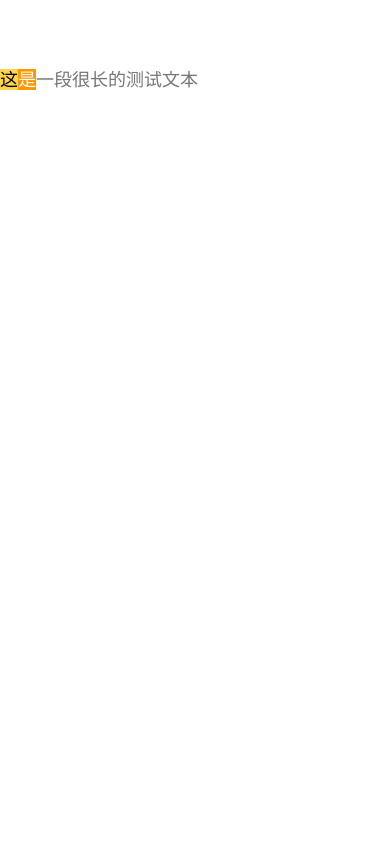
Repository: obstrux/test-vosk
Page: /
These files come from the project's save history. The page is drawn as it stood at one moment and after a run of saves; the edit follows.
The browser window is 390 px wide. The pictures show the whole page.
The app was drawn by React Native's web renderer in a window 390 px wide. The project was rebuilt for these pictures with package versions that can differ from the ones it lists, and the page was loaded fresh each time.

Above is the page before, as saved 2025-11-02 21:32:19.

### App.tsx
/**
 * Sample React Native App
 * https://github.com/facebook/react-native
 *
 * @format
 */

import { NewAppScreen } from '@react-native/new-app-screen';
import { StatusBar, StyleSheet, useColorScheme, View } from 'react-native';
import {
  SafeAreaProvider,
  useSafeAreaInsets,
} from 'react-native-safe-area-context';
import ReaderHighlighter from './ReaderHighlighter';
import { useEffect, useState } from 'react';

function App() {
  const isDarkMode = useColorScheme() === 'dark';

  return (
    <SafeAreaProvider>
      <StatusBar barStyle={isDarkMode ? 'light-content' : 'dark-content'} />
      <AppContent />
    </SafeAreaProvider>
  );
}

function AppContent() {
  const safeAreaInsets = useSafeAreaInsets();

  const [fullText, setFullText] = useState('这是一段很长的测试文本');
  const [recognizedText, setRecognizedText] = useState('');

  useEffect(() => {
    const arr = fullText.split('');
    setInterval(() => {
      setRecognizedText(arr.pop());
    }, 1000);
  }, []);

  return (
    <View style={styles.container}>
      <ReaderHighlighter fullText={fullText} recognizedText={recognizedText} />
    </View>
  );
}

const styles = StyleSheet.create({
  container: {
    flex: 1,
    paddingTop: 64,
  },
});

export default App;

### ReaderHighlighter.tsx
import React, { useRef, useState, useEffect } from 'react';
import { Text, View, ScrollView, StyleSheet } from 'react-native';
import { diff_match_patch } from 'diff-match-patch';

const dmp = new diff_match_patch();

const ReaderHighlighter = ({ fullText, recognizedText }) => {
  const scrollRef = useRef<ScrollView>(null);
  const cursorRef = useRef<Text>(null);
  const [readIndex, setReadIndex] = useState(0);

  console.log(recognizedText);

  useEffect(() => {
    if (!recognizedText) return;
    updateReadIndex(recognizedText);
  }, [recognizedText]);

  // 容错推进匹配
  const updateReadIndex = (recognized: string) => {
    const diff = dmp.diff_main(fullText.slice(readIndex), recognized);
    dmp.diff_cleanupSemantic(diff);

    let matched = 0;
    diff.forEach(([type, value]) => {
      if (type === 0) matched += value.length; // 匹配字数累加
    });

    const newIndex = Math.min(readIndex + matched, fullText.length);
    if (newIndex !== readIndex) {
      setReadIndex(newIndex);
      scrollToReading();
    }
  };

  // 自动滚动到当前阅读位置
  const scrollToReading = () => {
    setTimeout(() => {
      // cursorRef.current?.measureLayout(
      //   scrollRef.current.getScrollableNode(),
      //   (x, y) => {
      //     scrollRef.current?.scrollTo({ y: y - 100, animated: true });
      //   },
      // );
    }, 50);
  };

  return (
    <ScrollView ref={scrollRef} style={styles.container}>
      <Text style={styles.text}>
        <Text style={styles.read}>{fullText.slice(0, readIndex)}</Text>

        <Text ref={cursorRef} style={styles.playing}>
          {fullText[readIndex] || ''}
        </Text>

        <Text style={styles.unread}>{fullText.slice(readIndex + 1)}</Text>
      </Text>
    </ScrollView>
  );
};

const styles = StyleSheet.create({
  container: { flex: 1 },
  text: { fontSize: 18, lineHeight: 32 },
  read: { backgroundColor: '#FFD54F' },
  playing: { backgroundColor: '#FF9800', color: '#fff' },
  unread: { color: '#777' },
});

export default ReaderHighlighter;

After the next 2 saves:
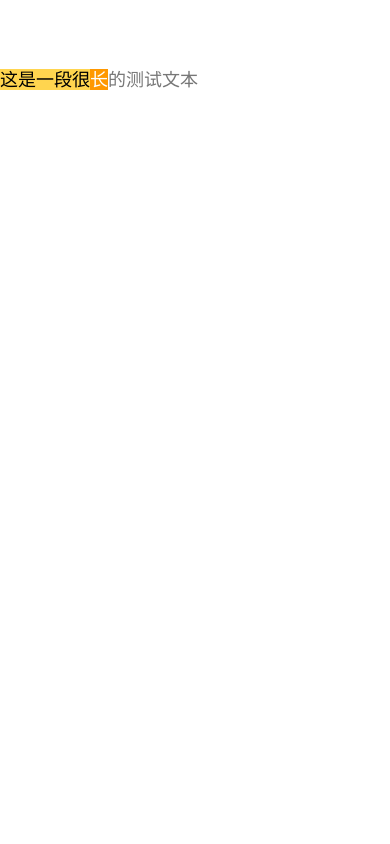
The 2 saves are shown as one change because they came seconds apart.
The last was saved 28 s later.
--- a/App.tsx
+++ b/App.tsx
@@ -32,7 +32,7 @@
   const [recognizedText, setRecognizedText] = useState('');
 
   useEffect(() => {
-    const arr = fullText.split('');
+    const arr = fullText.split('').reverse();
     setInterval(() => {
       setRecognizedText(arr.pop());
     }, 1000);

After the 2 saves that followed:
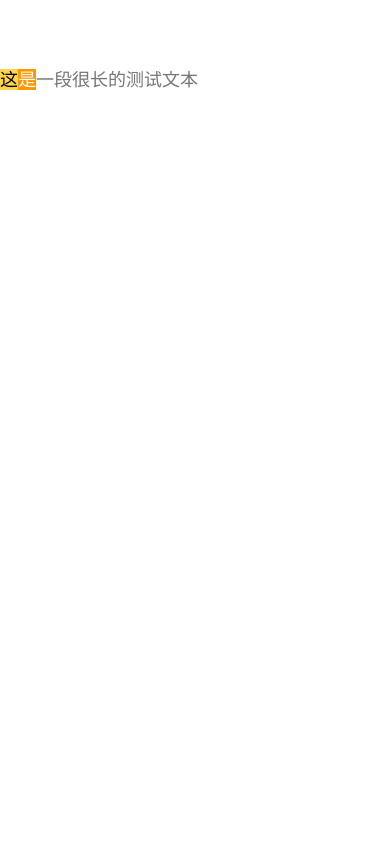
The 2 saves are shown as one change because they came seconds apart.
The last was saved 56 s later.
--- a/App.tsx
+++ b/App.tsx
@@ -33,7 +33,7 @@
 
   useEffect(() => {
     const arr = fullText.split('').reverse();
-    setInterval(() => {
+    setTimeout(() => {
       setRecognizedText(arr.pop());
     }, 1000);
   }, []);
